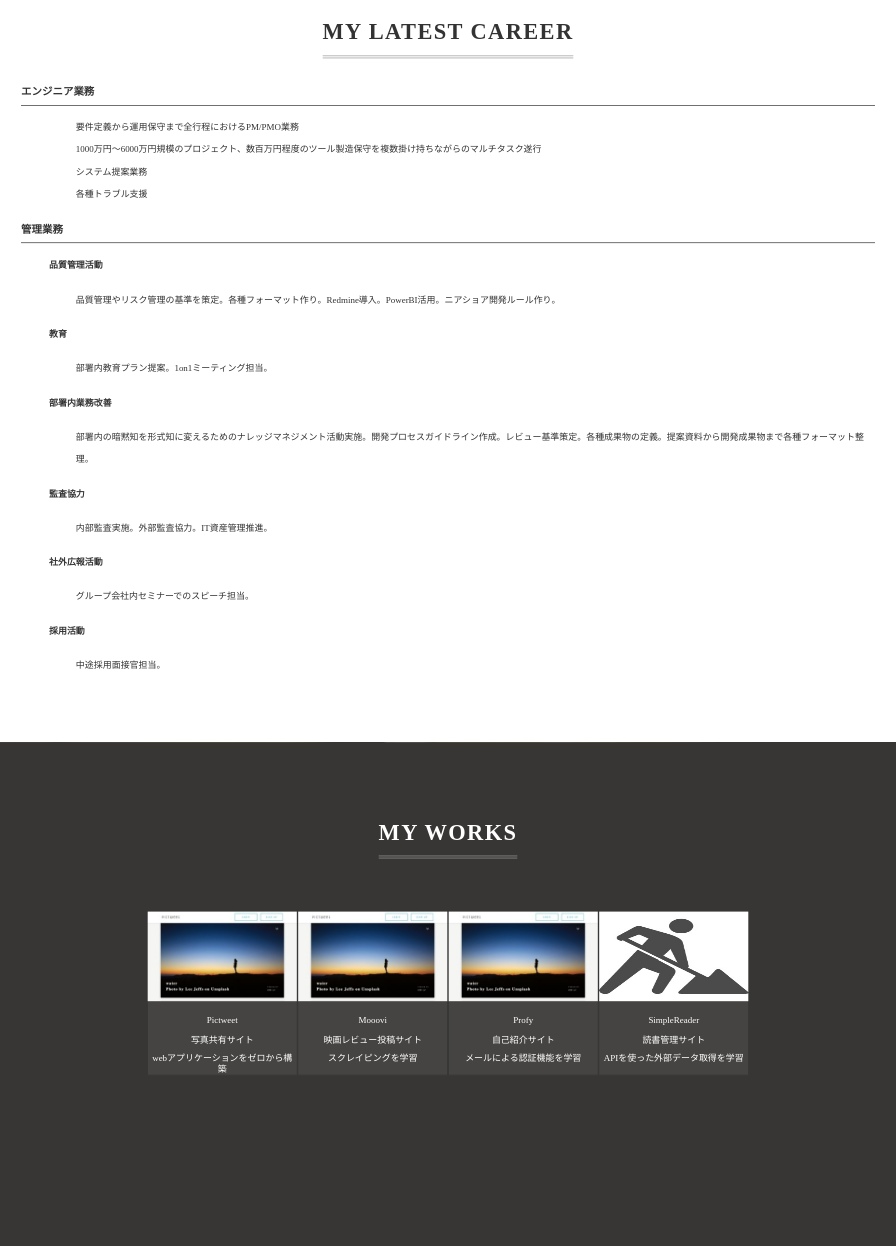
Repository: dackelteckel/myworks
Page: http://localhost/
The author's editor kept a record of every edit. The page is drawn from the files as they stood at one moment, then again after the next edit.
The browser window is 1280 px wide. The pictures show the part of the page from y = 1395 to 3315 px (the page is 3176 px tall before and 3387 px after), at 70% of full size.
Backgrounds fixed to the window are drawn as part of the page. The page is run by PHP 8.4 with error messages shown; the project is at /var/www/html/. Other server files are loaded and not shown.

Above is the page before.

### index.html
<!DOCTYPE html>
<html>

<head>
  <meta charset="UTF-8">
  <title>Who I am...</title>
  <link rel="stylesheet" href="normalize.css">
  <link rel="stylesheet" href="style.css">
  <link rel="stylesheet" href="responsive.css">

  <!--<script type="text/javascript" charset="UTF-8">-->
  <!--  $('#contact-form').submit(function(event){-->
      <!--//submit実行を止める-->
  <!--    event.preventDefault();-->
  <!--    var $form = $(this);-->
  <!--    var $button = $form.find('.send-btn');-->
  <!--    $.ajax({-->
  <!--      url:$form.attr('action'),-->
  <!--      type:$form.attr('method'),-->
  <!--      data: $form.serialize(),-->
        <!--//10秒でタイムアウト-->
  <!--      timeout:10000,-->
        <!--//重複送信を避けるためにボタンを無効化-->
  <!--      beforeSend: function(xhr, settings) {-->
  <!--          $button.attr('disabled', true);-->
  <!--      },-->
        <!--//完了後ボタンを押せるように-->
  <!--      complete: function(xhr, textStatus) {-->
  <!--          $button.attr('disabled', false);-->
  <!--      }-->
  <!--    }).done(function(data, textStatus, jqXHR){-->
        <!--// 成功時の処理-->
        <!--//フォームを初期化-->
  <!--      $form[0].reset();-->
  <!--      $(".contact-result").text(data);-->
  <!--      $(".contact-result").slideToggle(200);-->
  <!--      $(".contact-result").delay(3000).slideToggle(200);-->
  <!--    }).fail(function(jqXHR, textStatus, errorThrown){-->
        <!--失敗時の処理-->
  <!--      $(".contact-result").text("エラーが発生しました。ステータス：" + jqXHR.status);-->
  <!--      $(".contact-result").slideToggle(200);-->
  <!--      $(".contact-result").delay(3000).slideToggle(200);-->
  <!--    });-->
  <!--  });-->
  <!--</script>-->
</head>

<body>
  <header class="header">
    <p class="site-title-sub">----- my portfolio -----</p>
    <h1 class="site-title">Who I am...</h1>
    <p class="site-description">check out my career and some of my works.</p>
    <div class="buttons">
      <a class="button" href="#reasons">WHAT I'M LOOKING FOR</a>
      <a class="button" href="#career">LATEST CAREER</a>
      <a class="button" href="#works">MY WORKS</a>
      <!--<a class="button button-orange" href="#contact">SEND MESSAGE</a>-->
      <a class="button button-orange" href="mailto:nrkktok@gmail.com">Drop Me a LINE</a>
    </div>
  </header>

  <section class="reasons" id="reasons">
    <h2 class="heading">3 REASONS WHY I'M LOOKING FOR A NEW JOB</h2>
    <dev class="reasons-text">
      <h3>職場環境</h3>
      <ul>
        <li>同僚同士お互いを尊重し、協力しあうことができる健やかな組織で働きたいと考えています。</li>
      </ul>
      <h3>エンジニアとしての価値</h3>
      <ul>
        <li>
          長年PM業務に携わってきており、チームメンバーが成果を出すためのサポートをするPM業務にはやりがいを感じています。
        </li>
        <li>
          現職では金融機関で使われる小中規模システム開発を行っていますが、業務知識不要・レガシー技術メインのツール開発が殆どであることから、
          エンジニアとしてのキャリアを上げられない怖さを感じています。
        </li>
        <li>
          この物足りなさを少しでも打ち消し、少しでもIT業務で価値ある存在でありたいという気持ちから、
          2019年12月よりWebアプリケーション作りを行うプログラミングスクールに通い始めました。
        </li>
        <li>
          成果物を<a href="#works">MY WORKS</a>で公開していますので、よろしければ御覧ください。
        </li>
        <li class="note">
          プログラマーとして転職することを考えている訳ではありませんが、PM/PLであっても現在に通用する技術・PG知識は必要だと考えています。
        </li>
      </ul>
      <h3>ライフワークバランス</h3>
      <ul>
        <li>良い仕事、社会貢献をして幸せな生活を送るため、「勉強する時間」「運動する体力」「健康的な食事」を大事にすることができる環境に身を置きたいと考えています。</li>
      </ul>
    </dev>
  </section>

  <section class="career" id="career">
    <h2 class="heading">MY LATEST CAREER</h2>
    <dev class="career-text">
      <h3>エンジニア業務</h3>
      <ul>
        <li>要件定義から運用保守まで全行程におけるPM/PMO業務</li>
        <li>1000万円〜6000万円規模のプロジェクト、数百万円程度のツール製造保守を複数掛け持ちながらのマルチタスク遂行</li>
        <Li>システム提案業務</Li>
        <Li>各種トラブル支援</Li>
      </ul>
      <h3>管理業務</h3>
      <ul>
        <h4>品質管理活動</h4>
        <li>品質管理やリスク管理の基準を策定。各種フォーマット作り。Redmine導入。PowerBI活用。ニアショア開発ルール作り。</li>
        <h4>教育</h4>
        <li>部署内教育プラン提案。1on1ミーティング担当。</li>
        <h4>部署内業務改善</h4>
        <li>部署内の暗黙知を形式知に変えるためのナレッジマネジメント活動実施。開発プロセスガイドライン作成。レビュー基準策定。各種成果物の定義。提案資料から開発成果物まで各種フォーマット整理。</li>
        <h4>監査協力</h4>
        <li>内部監査実施。外部監査協力。IT資産管理推進。</li>
        <h4>社外広報活動</h4>
        <li>グループ会社内セミナーでのスピーチ担当。</li>
        <h4>採用活動</h4>
        <li>中途採用面接官担当。</li>
      </ul>
    </dev>
  </section>

  <section class="works" id="works">
    <h2 class="heading">MY WORKS</h2>
    <div class="works-wrapper">
      <div class="work-box">
        <a href="https://dackelteckelpictweet.herokuapp.com/"><img class="work-image" src="images/pictweet.jpg"></a>
        <div class="work-description">
          <p>Pictweet<p>
          <p>写真共有サイト</p>
          <p>webアプリケーションをゼロから構築</p>
        </div>
      </div>

      <div class="work-box">
        <a href="https://dackelteckelmooovi.herokuapp.com/"><img class="work-image" src="images/pictweet.jpg"></a>
        <div class="work-description">
          <p>Mooovi<p>
          <p>映画レビュー投稿サイト</p>
          <p>スクレイピングを学習</p>
        </div>
      </div>

      <div class="work-box">
        <a href="https://dackelteckelprofy.herokuapp.com/"><img class="work-image" src="images/pictweet.jpg"></a>
        <div class="work-description">
          <p>Profy<p>
          <p>自己紹介サイト</p>
          <p>メールによる認証機能を学習</p>
        </div>
      </div>
      <div class="work-box">
        <img class="work-image" src="images/wip.jpg" height="128">
        <div class="work-description">
          <p>SimpleReader<p>
          <p>読書管理サイト</p>
          <p>APIを使った外部データ取得を学習</p>
        </div>
      </div>
    </div>
  </section>

  <!--<section class="contact" id="contact">-->
    <!--<h2 class="heading">DROP ME A LINE</h2>-->
    <!--<form class="contact-form" id="contact-form" action="contact.php" method="post">-->
    <!--  <input type="text" name="name" placeholder="NAME" required>-->
    <!--  <input type="email" name="email" placeholder="E-MAIL ADDRESS" required>-->
    <!--  <textarea name="message" placeholder="MESSAGE"></textarea>-->
    <!--  <textarea type="text" name="message" placeholder="MESSAGE" required></textarea>-->
    <!--  <input type="submit" value="SEND" class="send-btn" id="submit">-->
    <!--  <input type="submit" value="SEND" class="send-btn" id="submit">-->
    <!--</form>-->
  <!--</section>-->
</body>
</html>

### style.css
* {
  box-sizing: border-box;
  list-style: none;
}

body {
  color: #fff;
  text-align: center;
  font-size: 0.8rem;
  background: url('images/bg.jpg') fixed;
  background-size: cover;
}

.header {
  padding: 170px 30px 80px;
  /*height: 100vh;*/
  background-color: rgba(0, 0, 128, 0.8);
}

.site-title-sub {
  margin: 0 0 30px;
  color: #888;
  letter-spacing: 1px;
  font-size: 1.2rem;
}

.site-title {
  margin: 50px;
  font-size: 3.5rem;
}

.site-description {
  margin-bottom: 50px;
  color: #888;
  font-size: 1.2rem;
}

.buttons {
  display: flex;
  justify-content: center;
  margin: 0 auto;
}

.button {
  width: 200px;
  padding: 20px;
  margin: 10px;
  border-radius: 4px;
  background-color: #afa58d;
  color: #fff;
  text-decoration: none;
  letter-spacing: 1px;
  font-size: 0.7rem;
}

.button:hover {
  opacity: 0.9;
}

.button-orange {
  background-color: #f1b400;
}

.heading {
  display: inline-block;
  margin: 30px 0 15px;
  padding-bottom: 15px;
  letter-spacing: 2px;
  font-size: 2rem;
  border-bottom: double 4px #999;
}

.reasons {
  /*height: 100vh;*/
  /*background-color: #383634;*/
  background-color: rgb(137, 158, 142);
  padding: 80px 30px;
  /*color: #333;  */
}

.reasons-text {
  text-align: left;
  width: 600px;
  margin: 30px auto;
  line-height: 2.5;
}

.reason-text h3 {
  padding-top: 20px;
}

.note:before {
  content: "*";
}

.career {
  /*height: 100vh;*/
  background-color: #ffffff;
  padding: 80px 30px;
  color: #333;
}

.career-text {
  text-align: left;
  width: 600px;
  margin: 30px auto;
  line-height: 2.5;
}

.career-text h3 {
  border-bottom: 1px solid #333;
}

.career-text h4 {
  vertical-align: bottom;
}

.career-text li {
  padding-left: 3em;
}

.works {
  height: 100vh;
  background-color: #383634;
  padding: 80px 0 10px;
}

.works-wrapper {
  display: table;
  width: 860px;
  margin: 60px auto 0;
  table-layout: fixed;
}

.work-box {
  display: table-cell;
  background-color: rgba(100, 100, 100, 0.3);
  border: 1px solid #333;
}

.work-image {
  display: block;
  width: 100%;
}

.work-description {
  margin: 20px 0;
  height: 65px;
}

.work-description .button {
  width: 60%;
  margin-top: 20px;
  padding: 3px;
  display: inline-block;
}

.button-ghost {
  border: 2px solid #fff;
  background-color: rgba(255, 255, 255, 0.15);
}

.contact {
  height: 100vh;
  background-color: rgba(0, 0, 128, 0.8);
  padding: 80px 0 150px;
}


.contact-form {
  width: 50%;
  margin: 50px auto 0;
}

.contact-form input[type=text], .contact-form input[type=email], .contact-form textarea {
  display: block;
  width: 100%;
  margin-bottom: 10px;
  padding: 15px;
  outline: none;
  border: 1px solid rgba(255, 255, 255, 0.8);
  border-radius: 0;
  color: #333;
}

.contact-form textarea {
  height: 150px;
}

.contact-form input[type=submit] {
  display: block;
  width: 200px;
  margin: 40px auto 0;
  padding: 15px;
  border: 1px solid rgba(255, 255, 255, 0.8);
  border-radius: 5px;
  background-color: transparent;
  color: #fff;
  cursor: pointer;
}

.contact-form input[type=submit]:hover {
  background-color: rgba(255, 255, 255, 0.05);
}

Loaded but not shown: normalize.css (library); responsive.css (no copy from this time; the picture is the same without it)

After the next edit:
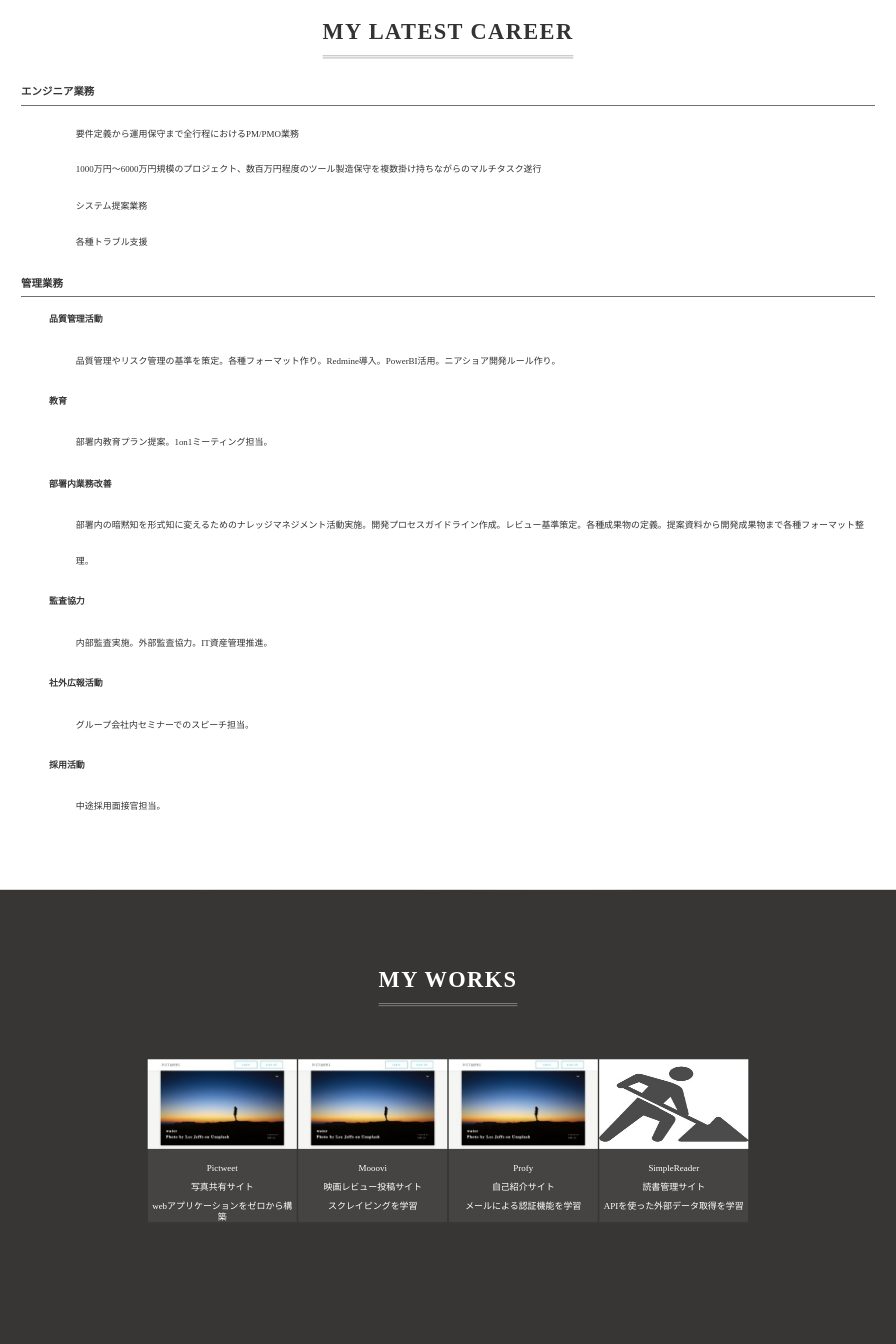
The edit:
--- a/style.css
+++ b/style.css
@@ -111,12 +111,10 @@
   border-bottom: 1px solid #333;
 }
 
-.career-text h4 {
-  vertical-align: bottom;
-}
-
 .career-text li {
   padding-left: 3em;
+  line-height: 4;
+  vertical-align: top;
 }
 
 .works {
